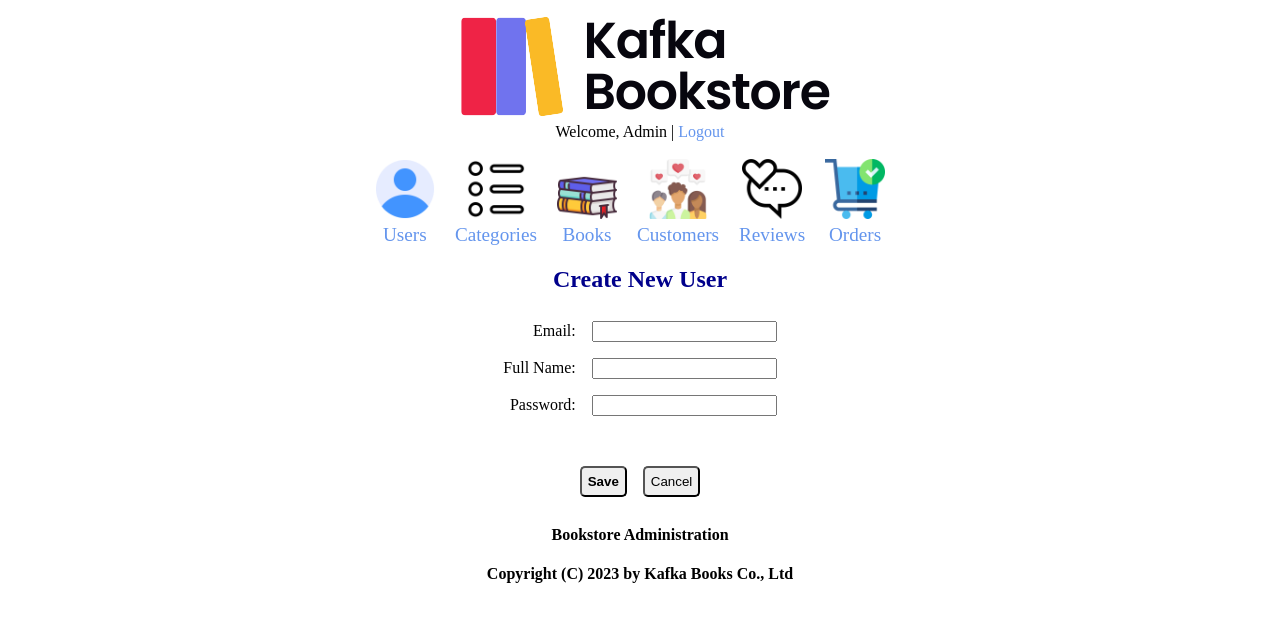
Repository: janvi2502/BookStore
Page: http://localhost/BookStoreWebsite/admin/user_form.jsp
These files come from the project's save history. The page is drawn as it stood at one moment and after the next save; the edit follows.
The browser window is 1280 px wide. The pictures show the whole page.
The page is served by Tomcat 10. Nobody is signed in. The application's start-up code is not run. Other server files are loaded and not shown.

Above is the page before, as saved 2023-12-28 11:04:26.

### BookStoreWebsite/WebContent/admin/user_form.jsp
<%@ page language="java" contentType="text/html; charset=UTF-8"
	pageEncoding="UTF-8"%>
<%@ taglib prefix="c" uri="http://java.sun.com/jsp/jstl/core"%>
<!DOCTYPE html>
<html>
<head>
<meta charset="UTF-8">
<title>Create New User</title>
<link rel="stylesheet" href="../css/style.css">
</head>
<body>
	<jsp:directive.include file="header.jsp" />

	<div align="center">
		<h2 class="pageheading">
			<c:if test="${user != null}">
				Edit User
			</c:if>
			<c:if test="${user == null}">
				Create New User
			</c:if>
		</h2>
	</div>

	<div align="center">
		<c:if test="${user != null}">
			<form action="update_user" method="post"
				onsubmit="return validateFormInput()">
			<input type="hidden" name="userId" value="${user.userId}">
		</c:if>
		<c:if test="${user == null}">
			<form action="create_user" method="post"
				onsubmit="return validateFormInput()">
		</c:if>
		<table class="form">
			<tr>
				<td align="right">Email:</td>
				<td align="left"><input type="text" name="email" id="email"
					size="20" value="${user.email}" /></td>
			</tr>
			<tr>
				<td align="right">Full Name:</td>
				<td align="left"><input type="text" name="fullname"
					id="fullname" size="20" value="${user.fullName}" /></td>
			</tr>
			<tr>
				<td align="right">Password:</td>
				<td align="left"><input type="password" id="password"
					name="password" size="20" value="${user.password}" /></td>
			</tr>
			<tr>
				<td>&nbsp;</td>
			</tr>
			<tr>
				<td colspan="2" align="center">
				<button type="submit" >Save</button>&nbsp;&nbsp;&nbsp;
				<button onclick="javascript:history.go(-1)" >Cancel</button></td>
			</tr>
		</table>
		</form>
	</div>

	<jsp:directive.include file="footer.jsp" />
</body>
<script type="text/javascript">
	function validateFormInput() {
		var fieldEmail = document.getElementById("email");
		var fieldFullname = document.getElementById("fullname");
		var fieldPassword = document.getElementById("password");

		if (fieldEmail.value.length == 0) {
			alert("Email is required!");
			fieldEmail.focus();
			return false;
		}

		if (fieldFullname.value.length == 0) {
			alert("Full Name is required!");
			fieldEmail.focus();
			return false;
		}

		if (fieldPassword.value.length == 0) {
			alert("Password is required!");
			fieldPassword.focus();
			return false;
		}
		return true;
	}
</script>
</html>

### BookStoreWebsite/WebContent/admin/header.jsp
<div align="center">
	<div>
		<img src="../images/Kafka2.png" />
	</div>

	<div>
		Welcome, Admin | <a href="logout">Logout</a> <br /> <br />
	</div>
	<div id="header_menu">
		<div>
			<a href="list_users">
				<img id = "menu_img" src="../images/user.png" /><br/> Users
			</a>
		</div>
		<div>
			<a href="list_category">
				<img id = "menu_img" src="../images/list.png" /> <br/> Categories
			</a>
		</div>
		<div>
			<a href="books">
				<img id = "menu_img" src="../images/book.png"/> <br/>Books
			</a>
		</div>
		<div>
			<a href="customer">
				<img id = "menu_img" src="../images/rating.png" /> <br/> Customers
			</a>
		</div>
		<div>
			<a href="reviews">
				<img id = "menu_img" src="../images/review.png" /> <br/>Reviews
			</a>
		</div>
		<div>
			<a href="orders">
				<img id = "menu_img" src="../images/order.png" /> <br/>Orders
			</a>
		</div>

	</div>
</div>

### BookStoreWebsite/WebContent/admin/footer.jsp
<div align="center">
	<h4>Bookstore Administration</h4>
	<h4>Copyright (C) 2023 by Kafka Books Co., Ltd</h4>
</div>

### BookStoreWebsite/WebContent/css/style.css
@charset "UTF-8";

#header_menu {
	display:table;
}

#header_menu div{
	display:table-cell;
	padding-right: 20px;
}

#menu_img{
	width: 60px;
}

a:link{
	color: cornflowerBlue;
	text-decoration: none;
}

a:visited{
	color: indigo;
}

a:hover{
	color: blue;
	text-decoration: underline;
}

a:active{
	color: red;
}

#header_menu a:link{
	font-size: larger;
}

.pageheading{
	color: darkblue;
}

table{
	border: 1px solid black;
	border-collapse: collapse;
}

th, td{
	padding: 8px;
}

th{
	background: darkblue;
	color: cornsilk;
	font-size: larger;
}

table.form{
	border: 0;
	padding: 4px;
}

button{
	padding: 6px;
	border-radius: 5px;
}

button[type=submit]{
	font-weight: bold;
}

After the next save:
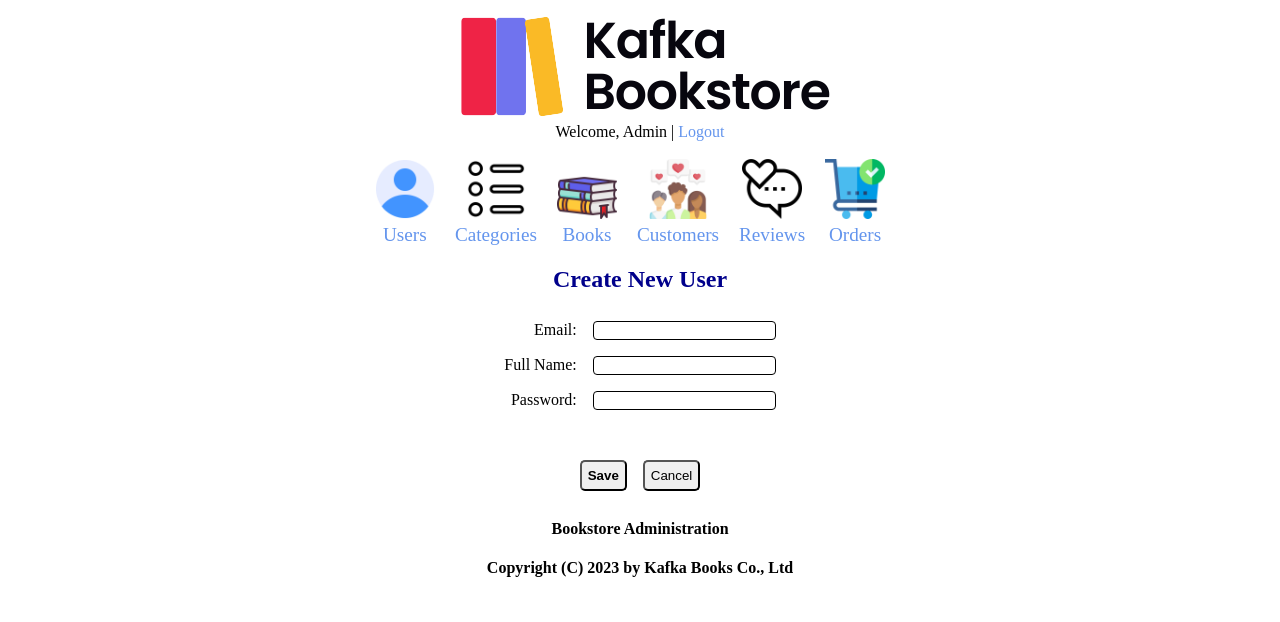
Saved 39 s later.
--- a/BookStoreWebsite/WebContent/css/style.css
+++ b/BookStoreWebsite/WebContent/css/style.css
@@ -67,3 +67,8 @@ button{
 button[type=submit]{
 	font-weight: bold;
 }
+
+input{
+	border: 1px solid;
+	border-radius: 4px;
+}
